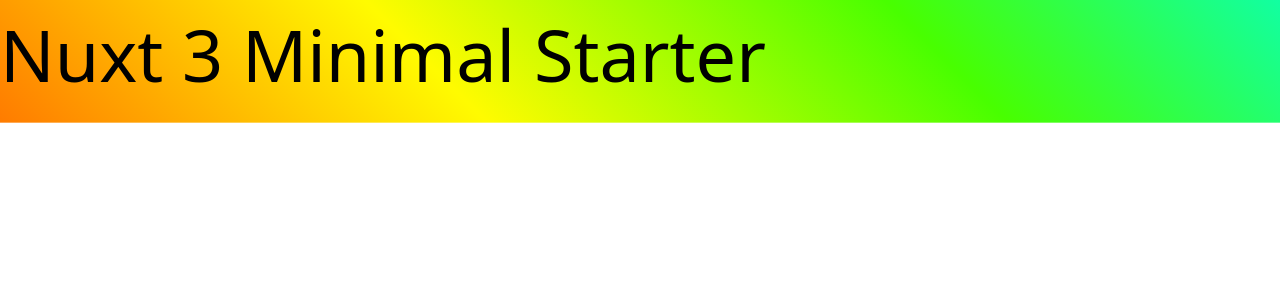
Repository: Freezler/nuxt
Page: /
These files come from the project's save history. The page is drawn as it stood at one moment and after the next save; the edit follows.
The browser window is 1280 px wide. The pictures show the whole page.
The project was rebuilt for these pictures with package versions that can differ from the ones it lists, and the page was loaded fresh each time. The framework's server and built-in components were replaced by stand-ins that run in the browser. Also part of the build but not shown: nuxt.config.ts.

Above is the page before, as saved 2024-08-02 21:06:11.

After the next save:
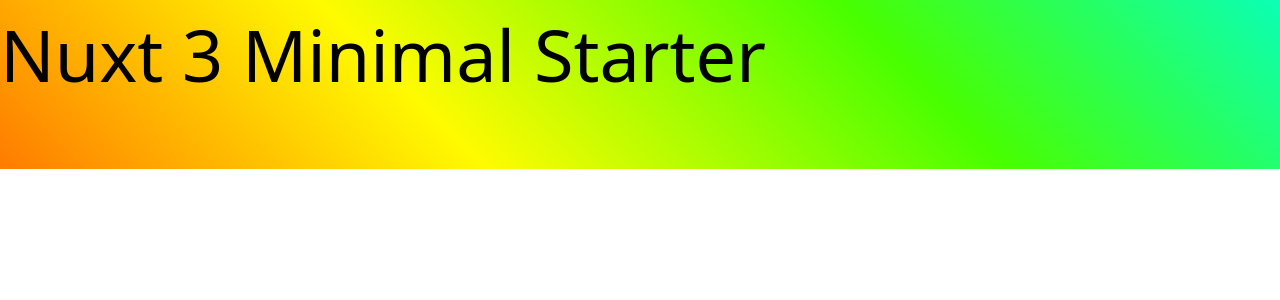
Saved 4 s later.
--- a/assets/css/main.css
+++ b/assets/css/main.css
@@ -16,7 +16,7 @@
 		background-position: 0% 50%;
 	}
 	50% {
-		background-position: 100% 250%;
+		background-position: 100% 150%;
 	}
 	100% {
 		background-position: 0% 50%;
